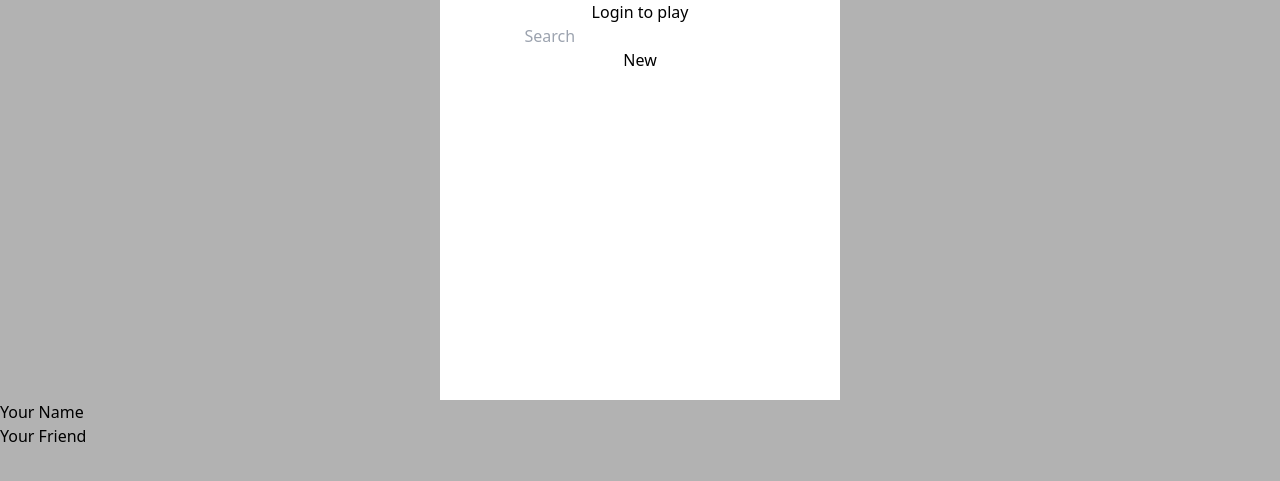
Repository: Teddy1705/demo_pj
Page: /
The author's editor kept a copy of each file at every save. The page is drawn from the files as they stood at one save, then again after the next save.
The browser window is 1280 px wide. The pictures show the whole page.
The project was rebuilt for these pictures with package versions that can differ from the ones it lists, and the page was loaded fresh each time. Also part of the build but not shown: vite.config.js.

Above is the page before, as saved 2024-04-16 08:58:44.

### index.html
<!DOCTYPE html>
<html lang="en">
  <head>
    <meta charset="UTF-8" />
    <link rel="icon" type="image/svg+xml" href="/vite.svg" />
    <meta name="viewport" content="width=device-width, initial-scale=1.0" />
    <title>Tic Tac Toe</title>
    <link rel="stylesheet" href="./src/index.css" />
  </head>
  <body>
    <div id="root"></div>
    <script type="module" src="/src/main.jsx"></script>
  </body>
</html>

### src/index.css
:root {
  --white-color: #fff;
  --black-color: #000;
}

/*
1. Prevent padding and border from affecting element width. (https://github.com/mozdevs/cssremedy/issues/4)
2. Allow adding a border to an element by just adding a border-width. (https://github.com/tailwindcss/tailwindcss/pull/116)
*/

*,
::before,
::after {
  box-sizing: border-box;
  /* 1 */
  border-width: 0;
  /* 2 */
  border-style: solid;
  /* 2 */
  border-color: #e5e7eb;
  /* 2 */
}

::before,
::after {
  --tw-content: "";
}

/*
1. Use a consistent sensible line-height in all browsers.
2. Prevent adjustments of font size after orientation changes in iOS.
3. Use a more readable tab size.
4. Use the user's configured `sans` font-family by default.
5. Use the user's configured `sans` font-feature-settings by default.
6. Use the user's configured `sans` font-variation-settings by default.
7. Disable tap highlights on iOS
*/

html,
:host {
  line-height: 1.5;
  /* 1 */
  -webkit-text-size-adjust: 100%;
  /* 2 */
  -moz-tab-size: 4;
  /* 3 */
  -o-tab-size: 4;
  tab-size: 4;
  /* 3 */
  font-family: ui-sans-serif, system-ui, sans-serif, "Apple Color Emoji",
    "Segoe UI Emoji", "Segoe UI Symbol", "Noto Color Emoji";
  /* 4 */
  font-feature-settings: normal;
  /* 5 */
  font-variation-settings: normal;
  /* 6 */
  -webkit-tap-highlight-color: transparent;
  /* 7 */
}

/*
1. Remove the margin in all browsers.
2. Inherit line-height from `html` so users can set them as a class directly on the `html` element.
*/

body {
  margin: 0;
  /* 1 */
  line-height: inherit;
  /* 2 */
}

/*
1. Add the correct height in Firefox.
2. Correct the inheritance of border color in Firefox. (https://bugzilla.mozilla.org/show_bug.cgi?id=190655)
3. Ensure horizontal rules are visible by default.
*/

hr {
  height: 0;
  /* 1 */
  color: inherit;
  /* 2 */
  border-top-width: 1px;
  /* 3 */
}

/*
Add the correct text decoration in Chrome, Edge, and Safari.
*/

abbr:where([title]) {
  -webkit-text-decoration: underline dotted;
  text-decoration: underline dotted;
}

/*
Remove the default font size and weight for headings.
*/

h1,
h2,
h3,
h4,
h5,
h6 {
  font-size: inherit;
  font-weight: inherit;
}

/*
Reset links to optimize for opt-in styling instead of opt-out.
*/

a {
  color: inherit;
  text-decoration: inherit;
}

/*
Add the correct font weight in Edge and Safari.
*/

b,
strong {
  font-weight: bolder;
}

/*
1. Use the user's configured `mono` font-family by default.
2. Use the user's configured `mono` font-feature-settings by default.
3. Use the user's configured `mono` font-variation-settings by default.
4. Correct the odd `em` font sizing in all browsers.
*/

code,
kbd,
samp,
pre {
  font-family: ui-monospace, SFMono-Regular, Menlo, Monaco, Consolas,
    "Liberation Mono", "Courier New", monospace;
  /* 1 */
  font-feature-settings: normal;
  /* 2 */
  font-variation-settings: normal;
  /* 3 */
  font-size: 1em;
  /* 4 */
}

/*
Add the correct font size in all browsers.
*/

small {
  font-size: 80%;
}

/*
Prevent `sub` and `sup` elements from affecting the line height in all browsers.
*/

sub,
sup {
  font-size: 75%;
  line-height: 0;
  position: relative;
  vertical-align: baseline;
}

sub {
  bottom: -0.25em;
}

sup {
  top: -0.5em;
}

/*
1. Remove text indentation from table contents in Chrome and Safari. (https://bugs.chromium.org/p/chromium/issues/detail?id=999088, https://bugs.webkit.org/show_bug.cgi?id=201297)
2. Correct table border color inheritance in all Chrome and Safari. (https://bugs.chromium.org/p/chromium/issues/detail?id=935729, https://bugs.webkit.org/show_bug.cgi?id=195016)
3. Remove gaps between table borders by default.
*/

table {
  text-indent: 0;
  /* 1 */
  border-color: inherit;
  /* 2 */
  border-collapse: collapse;
  /* 3 */
}

/*
1. Change the font styles in all browsers.
2. Remove the margin in Firefox and Safari.
3. Remove default padding in all browsers.
*/

button,
input,
optgroup,
select,
textarea {
  font-family: inherit;
  /* 1 */
  font-feature-settings: inherit;
  /* 1 */
  font-variation-settings: inherit;
  /* 1 */
  font-size: 100%;
  /* 1 */
  font-weight: inherit;
  /* 1 */
  line-height: inherit;
  /* 1 */
  letter-spacing: inherit;
  /* 1 */
  color: inherit;
  /* 1 */
  margin: 0;
  /* 2 */
  padding: 0;
  /* 3 */
}

/*
Remove the inheritance of text transform in Edge and Firefox.
*/

button,
select {
  text-transform: none;
}

/*
1. Correct the inability to style clickable types in iOS and Safari.
2. Remove default button styles.
*/

button,
input:where([type="button"]),
input:where([type="reset"]),
input:where([type="submit"]) {
  -webkit-appearance: button;
  /* 1 */
  background-color: transparent;
  /* 2 */
  background-image: none;
  /* 2 */
}

/*
Use the modern Firefox focus style for all focusable elements.
*/

:-moz-focusring {
  outline: auto;
}

/*
Remove the additional `:invalid` styles in Firefox. (https://github.com/mozilla/gecko-dev/blob/2f9eacd9d3d995c937b4251a5557d95d494c9be1/layout/style/res/forms.css#L728-L737)
*/

:-moz-ui-invalid {
  box-shadow: none;
}

/*
Add the correct vertical alignment in Chrome and Firefox.
*/

progress {
  vertical-align: baseline;
}

/*
Correct the cursor style of increment and decrement buttons in Safari.
*/

::-webkit-inner-spin-button,
::-webkit-outer-spin-button {
  height: auto;
}

/*
1. Correct the odd appearance in Chrome and Safari.
2. Correct the outline style in Safari.
*/

[type="search"] {
  -webkit-appearance: textfield;
  /* 1 */
  outline-offset: -2px;
  /* 2 */
}

/*
Remove the inner padding in Chrome and Safari on macOS.
*/

::-webkit-search-decoration {
  -webkit-appearance: none;
}

/*
1. Correct the inability to style clickable types in iOS and Safari.
2. Change font properties to `inherit` in Safari.
*/

::-webkit-file-upload-button {
  -webkit-appearance: button;
  /* 1 */
  font: inherit;
  /* 2 */
}

/*
Add the correct display in Chrome and Safari.
*/

summary {
  display: list-item;
}

/*
Removes the default spacing and border for appropriate elements.
*/

blockquote,
dl,
dd,
h1,
h2,
h3,
h4,
h5,
h6,
hr,
figure,
p,
pre {
  margin: 0;
}

fieldset {
  margin: 0;
  padding: 0;
}

legend {
  padding: 0;
}

ol,
ul,
menu {
  list-style: none;
  margin: 0;
  padding: 0;
}

/*
Reset default styling for dialogs.
*/

dialog {
  padding: 0;
}

/*
Prevent resizing textareas horizontally by default.
*/

textarea {
  resize: vertical;
}

/*
1. Reset the default placeholder opacity in Firefox. (https://github.com/tailwindlabs/tailwindcss/issues/3300)
2. Set the default placeholder color to the user's configured gray 400 color.
*/

input::-moz-placeholder,
textarea::-moz-placeholder {
  opacity: 1;
  /* 1 */
  color: #9ca3af;
  /* 2 */
}

input::placeholder,
textarea::placeholder {
  opacity: 1;
  /* 1 */
  color: #9ca3af;
  /* 2 */
}

/*
Set the default cursor for buttons.
*/

button,
[role="button"] {
  cursor: pointer;
}

/*
Make sure disabled buttons don't get the pointer cursor.
*/

:disabled {
  cursor: default;
}

/*
1. Make replaced elements `display: block` by default. (https://github.com/mozdevs/cssremedy/issues/14)
2. Add `vertical-align: middle` to align replaced elements more sensibly by default. (https://github.com/jensimmons/cssremedy/issues/14#issuecomment-634934210)
   This can trigger a poorly considered lint error in some tools but is included by design.
*/

img,
svg,
video,
canvas,
audio,
iframe,
embed,
object {
  display: block;
  /* 1 */
  vertical-align: middle;
  /* 2 */
}

/*
Constrain images and videos to the parent width and preserve their intrinsic aspect ratio. (https://github.com/mozdevs/cssremedy/issues/14)
*/

img,
video {
  max-width: 100%;
  height: auto;
}

/* Make elements with the HTML hidden attribute stay hidden by default */

[hidden] {
  display: none;
}

*,
::before,
::after {
  --tw-border-spacing-x: 0;
  --tw-border-spacing-y: 0;
  --tw-translate-x: 0;
  --tw-translate-y: 0;
  --tw-rotate: 0;
  --tw-skew-x: 0;
  --tw-skew-y: 0;
  --tw-scale-x: 1;
  --tw-scale-y: 1;
  --tw-pan-x: ;
  --tw-pan-y: ;
  --tw-pinch-zoom: ;
  --tw-scroll-snap-strictness: proximity;
  --tw-gradient-from-position: ;
  --tw-gradient-via-position: ;
  --tw-gradient-to-position: ;
  --tw-ordinal: ;
  --tw-slashed-zero: ;
  --tw-numeric-figure: ;
  --tw-numeric-spacing: ;
  --tw-numeric-fraction: ;
  --tw-ring-inset: ;
  --tw-ring-offset-width: 0px;
  --tw-ring-offset-color: #fff;
  --tw-ring-color: rgb(59 130 246 / 0.5);
  --tw-ring-offset-shadow: 0 0 #0000;
  --tw-ring-shadow: 0 0 #0000;
  --tw-shadow: 0 0 #0000;
  --tw-shadow-colored: 0 0 #0000;
  --tw-blur: ;
  --tw-brightness: ;
  --tw-contrast: ;
  --tw-grayscale: ;
  --tw-hue-rotate: ;
  --tw-invert: ;
  --tw-saturate: ;
  --tw-sepia: ;
  --tw-drop-shadow: ;
  --tw-backdrop-blur: ;
  --tw-backdrop-brightness: ;
  --tw-backdrop-contrast: ;
  --tw-backdrop-grayscale: ;
  --tw-backdrop-hue-rotate: ;
  --tw-backdrop-invert: ;
  --tw-backdrop-opacity: ;
  --tw-backdrop-saturate: ;
  --tw-backdrop-sepia: ;
  --tw-contain-size: ;
  --tw-contain-layout: ;
  --tw-contain-paint: ;
  --tw-contain-style: ;
}

::backdrop {
  --tw-border-spacing-x: 0;
  --tw-border-spacing-y: 0;
  --tw-translate-x: 0;
  --tw-translate-y: 0;
  --tw-rotate: 0;
  --tw-skew-x: 0;
  --tw-skew-y: 0;
  --tw-scale-x: 1;
  --tw-scale-y: 1;
  --tw-pan-x: ;
  --tw-pan-y: ;
  --tw-pinch-zoom: ;
  --tw-scroll-snap-strictness: proximity;
  --tw-gradient-from-position: ;
  --tw-gradient-via-position: ;
  --tw-gradient-to-position: ;
  --tw-ordinal: ;
  --tw-slashed-zero: ;
  --tw-numeric-figure: ;
  --tw-numeric-spacing: ;
  --tw-numeric-fraction: ;
  --tw-ring-inset: ;
  --tw-ring-offset-width: 0px;
  --tw-ring-offset-color: #fff;
  --tw-ring-color: rgb(59 130 246 / 0.5);
  --tw-ring-offset-shadow: 0 0 #0000;
  --tw-ring-shadow: 0 0 #0000;
  --tw-shadow: 0 0 #0000;
  --tw-shadow-colored: 0 0 #0000;
  --tw-blur: ;
  --tw-brightness: ;
  --tw-contrast: ;
  --tw-grayscale: ;
  --tw-hue-rotate: ;
  --tw-invert: ;
  --tw-saturate: ;
  --tw-sepia: ;
  --tw-drop-shadow: ;
  --tw-backdrop-blur: ;
  --tw-backdrop-brightness: ;
  --tw-backdrop-contrast: ;
  --tw-backdrop-grayscale: ;
  --tw-backdrop-hue-rotate: ;
  --tw-backdrop-invert: ;
  --tw-backdrop-opacity: ;
  --tw-backdrop-saturate: ;
  --tw-backdrop-sepia: ;
  --tw-contain-size: ;
  --tw-contain-layout: ;
  --tw-contain-paint: ;
  --tw-contain-style: ;
}

#modal {
  position: fixed;
  top: 0;
  right: 0;
  bottom: 0;
  left: 0;
}

#modal .modal__overlay {
  position: absolute;
  width: 100%;
  height: 100%;
  background-color: rgba(0, 0, 0, 0.3);
}

#modal .modal__body {
  position: relative;
  background-color: var(--white-color);
  margin: auto;
  text-align: center;
  width: 400px;
  height: 400px;
}

### src/main.jsx
import React from "react";
import ReactDOM from "react-dom/client";
import App from "./App.jsx";
import { createBrowserRouter, RouterProvider } from "react-router-dom";
import Root from "./routes/root";
import "./index.css";

const router = createBrowserRouter([
  {
    path: "/",
    element: <Root />,
  },
]);

ReactDOM.createRoot(document.getElementById("root")).render(
  <React.StrictMode>
    <RouterProvider router={router} />
    <App />
  </React.StrictMode>
);

### src/routes/root.jsx
export default function Root() {
  return (
    <>
      <div id="modal">
        <div className="modal__overlay"></div>
        <div className="modal__body">
          <h1>Login to play</h1>
          <form id="search-form" role="search">
            <input
              id="q"
              aria-label="Search contacts"
              placeholder="Search"
              type="search"
              name="q"
            />
            <div id="search-spinner" aria-hidden hidden={true} />
            <div className="sr-only" aria-live="polite"></div>
          </form>
          <form method="post">
            <button type="submit">New</button>
          </form>
        </div>
        <nav>
          <ul>
            <li>
              <a
                href={`https://codesandbox.io/s/q2z497?file=%2Fsrc%2FApp.js&utm_medium=sandpack`}
              >
                Your Name
              </a>
            </li>
            <li>
              <a href={`/contacts/2`}>Your Friend</a>
            </li>
          </ul>
        </nav>
      </div>
      <div id="detail"></div>
    </>
  );
}

Loaded but not shown: src/App.jsx (common file)

After the next save:
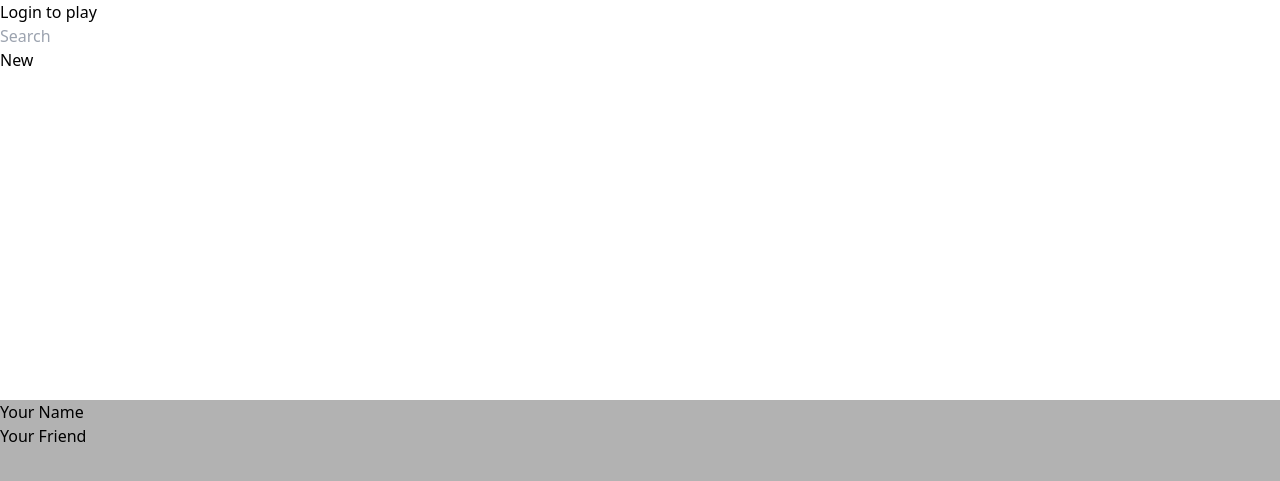
Saved 5 s later.
--- a/src/index.css
+++ b/src/index.css
@@ -579,7 +579,7 @@ video {
   position: relative;
   background-color: var(--white-color);
   margin: auto;
-  text-align: center;
+  tẽ
   width: 400px;
   height: 400px;
 }

After the save that followed:
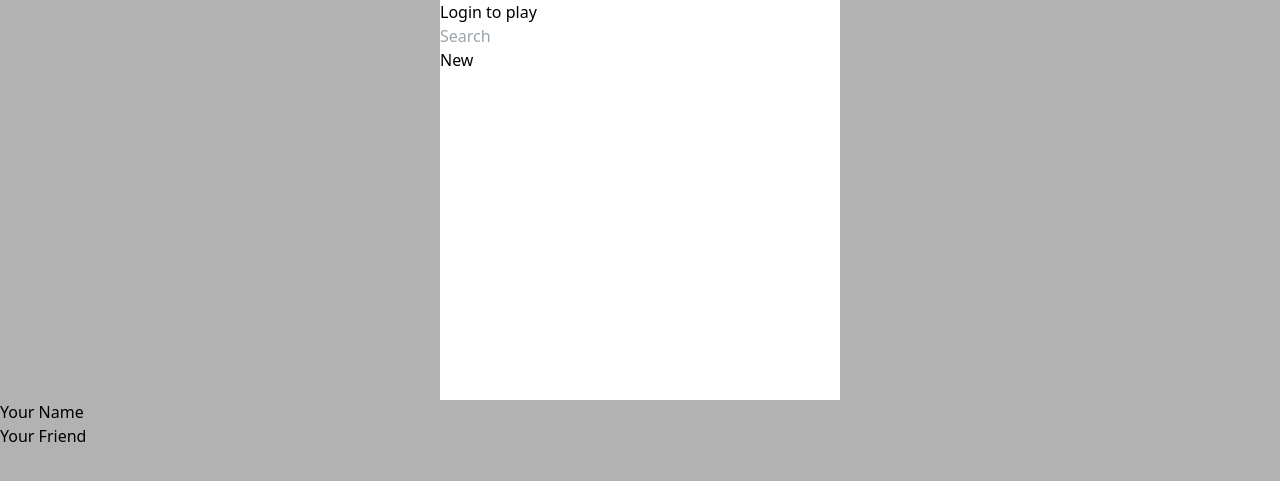
Saved 4 s later.
--- a/src/index.css
+++ b/src/index.css
@@ -579,7 +579,6 @@ video {
   position: relative;
   background-color: var(--white-color);
   margin: auto;
-  tẽ
   width: 400px;
   height: 400px;
 }
